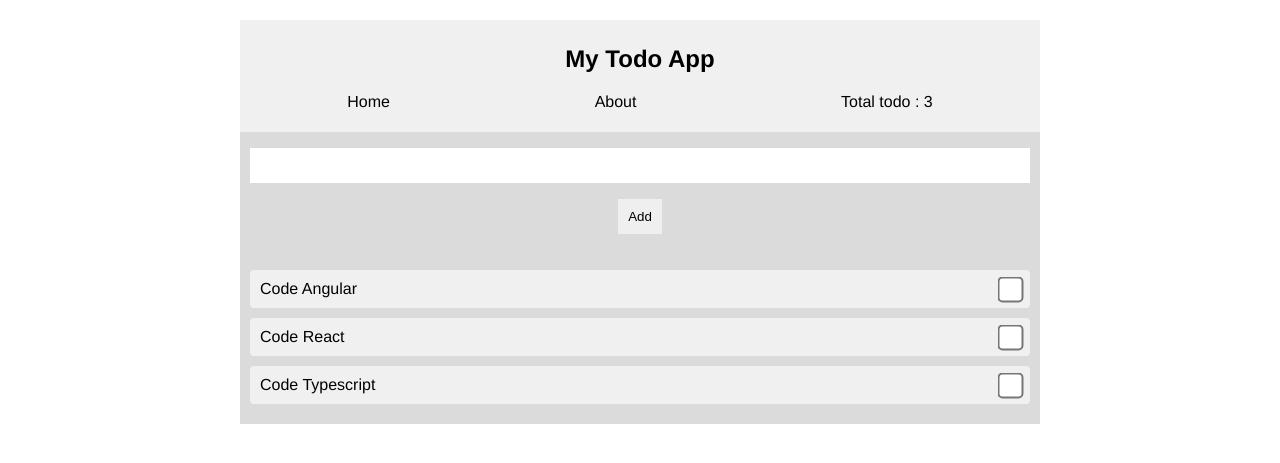
Repository: DTien93/Todo-Typescript
Page: / (app in my-app/)
An editor plug-in stored every save of this project. The page is shown before and after the next save, followed by the edit.
The browser window is 1280 px wide. The pictures show the whole page.
The project was rebuilt for these pictures with package versions that can differ from the ones it lists, and the page was loaded fresh each time. Imported but missing from the stored project, and not drawn on this page: my-app/src/serviceWorker.

Above is the page before, as saved 2021-10-16 22:16:10.

### my-app/src/index.tsx
import React from 'react';
import ReactDOM from 'react-dom';
import './index.css';
import App from './App';
import store from './store'
import { Provider } from 'react-redux';
import * as serviceWorker from './serviceWorker';

ReactDOM.render(
  <React.StrictMode>
    <Provider store={store}>
      <App />
      </Provider>
  </React.StrictMode>,
  document.getElementById('root')
);

// If you want your app to work offline and load faster, you can change
// unregister() to register() below. Note this comes with some pitfalls.
// Learn more about service workers: https://bit.ly/CRA-PWA
serviceWorker.unregister();

### my-app/src/index.css
.App {
  font-family: Avenir, Helvetica, Arial, sans-serif;
  -webkit-font-smoothing: antialiased;
  -moz-osx-font-smoothing: grayscale;
  background: rgb(219, 219, 219);
  margin: 20px auto;
  width: 90%;
  max-width: 800px;
 }

### my-app/src/App.tsx
import React from 'react'
import './App.css'
import './index.css'
import Navbar from './components/Navbar'
import Todos from './components/Todos'
const App = () => {
  return (
    <div className='App'>
      <Navbar />
      <Todos/>
    </div>
  )
}

export default App

### my-app/src/store/index.ts
import { configureStore } from '@reduxjs/toolkit'
import todosReducer  from './reducers/TodoSlice'

// Create store save data
const store = configureStore({
    reducer: {
        todosReducer
    }
})

// Export store
export default  store

### my-app/src/App.css
.todo-list ul {
  padding: 0 10px 10px 10px;
  list-style-type: none;
 }

 .todo-list li {
  padding: 10px;
  cursor: pointer;
  margin: 10px 0;
  border-radius: 4px;
  background: rgb(240, 240, 240);
  color: black;
 }

 .todo-list li input[type='checkbox'] {
  -ms-transform: scale(2); /* IE */
  -moz-transform: scale(2); /* FF */
  -webkit-transform: scale(2); /* Safari and Chrome */
  -o-transform: scale(2); /* Opera */
  transform: scale(2);
  padding: 10px;
  float: right;
 }

 .todo-list li.completed {
  background: rgb(119, 218, 243);
 }

 .todo-list li button {
  float: right;
  margin-right: 20px;
 }

 .todo-list li button:hover {
  cursor: pointer;
  background: red;
  color: white;
 }

 /* Navbar */
 .navbar {
  padding: 5px;
  text-align: center;
  background: rgb(240, 240, 240);
  color: black;
 }

 .navbar ul {
  display: flex;
  justify-content: space-around;
  align-items: center;
  list-style: none;
  padding: 0;
 }

 /* TodoForm */
 form {
  padding: 10px;
 }

 input[type='text'] {
  width: 100%;
  box-sizing: border-box;
  padding: 10px;
  margin: 6px 0;
  border: 0;
 }

 input[type='submit'] {
  margin: 10px auto;
  padding: 10px;
  border: 0;
  display: block;
 }

### my-app/src/components/Navbar.tsx
import React from 'react'
import { todosSelector } from '../store/reducers/TodoSlice'
import { useSelector } from 'react-redux'

const Navbar = () => {
    const todos = useSelector(todosSelector)
    return (
        <div className='navbar'>
            <h2>My Todo App</h2>
            <ul>
                <li>Home</li>
                <li>About</li>
                <li>Total todo : {todos.length}</li>
            </ul>
        </div>
    )
}

export default Navbar

### my-app/src/components/Todos.tsx
import React  from 'react'
import { useSelector } from 'react-redux'
import { todosSelector } from '../store/reducers/TodoSlice'
import TodoForm from './TodoForm'

const Todos = () => {
    const todos = useSelector(todosSelector)
    return (
        <div className='todo-list'>
            <TodoForm/>
            <ul>
            {
                todos.map((todo: { title: string, id: number }) => (
                    <li key={todo.id}>
                        {todo.title}
                        <input type="checkbox" />
                    </li>
                ))
            }
          </ul>
        </div>
    )
}

export default Todos

### my-app/src/store/reducers/TodoSlice.tsx
import { createSlice, nanoid } from '@reduxjs/toolkit'

interface TodoState {
    allTodos: {} | any,
}

const initialState: TodoState = {
    allTodos: [
        {
            id: 1,
            title: 'Code Angular',
            completed: false
        },
        {
            id: 2,
            title: 'Code React',
            completed: false
        },
        {
            id: 3,
            title: 'Code Typescript',
            completed: false
        }
    ]
}

export const todoSlice = createSlice({
    name: 'todos',
    initialState,
    reducers: {
        addTodo: {
            reducer(state, action) {
                state.allTodos.unshift( action.payload)
            },
            prepare(title: any): any {
                return  {
                    payload: {
                        id: nanoid(),
                        title,
                        completed: false
                    }
                }
              }
        }
    }
})

// Create Reducer
const todosReducer = todoSlice.reducer

// Selector get data
export const todosSelector = (state: { todosReducer: { allTodos: any } }) => state.todosReducer.allTodos

// Export action
export const { addTodo } = todoSlice.actions

// Export reducers
export default todosReducer

### my-app/src/components/TodoForm.tsx
import React, {useState} from 'react'
import { addTodo } from '../store/reducers/TodoSlice'
// Dispatch action
import { useDispatch } from 'react-redux'


const TodoForm = () => {
    const dispatch = useDispatch()
    const [title, setTitle] = useState('')

    const onChangeTitle = (e: any) => {
        setTitle(e.target.value)
    }

    const onHandleSubmit= (e:any) => {
        e.preventDefault()
        dispatch(addTodo(title))
        setTitle('')
    }

    return (
        <div>
            <form onSubmit={onHandleSubmit}>
                <input type="text" value={title} onChange = {onChangeTitle} />
                <input type="submit" value="Add" />
            </form>
        </div>
    )
}

export default TodoForm

After the next save:
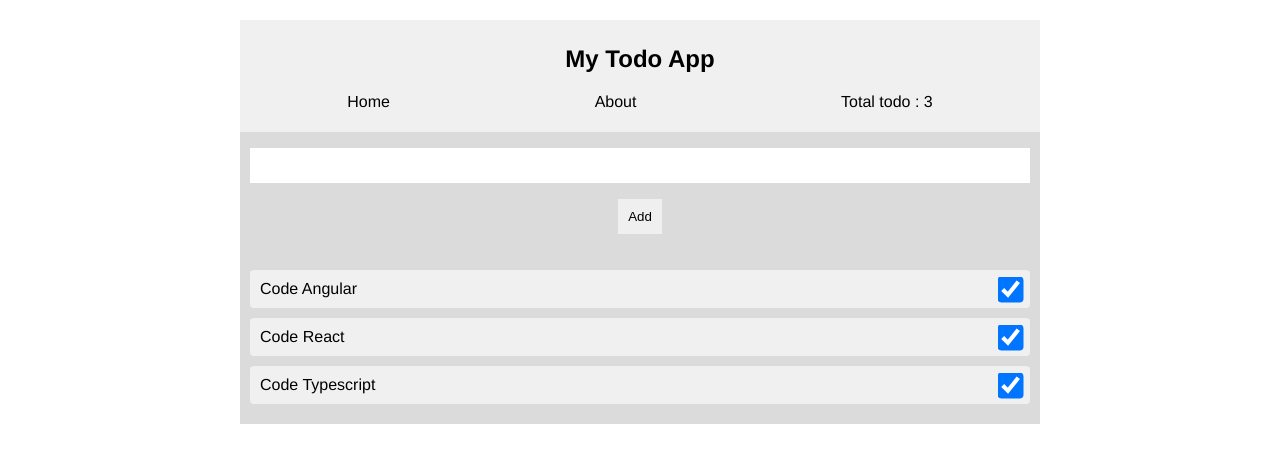
Saved 5 s later.
--- a/my-app/src/components/Todos.tsx
+++ b/my-app/src/components/Todos.tsx
@@ -13,7 +13,7 @@
                 todos.map((todo: { title: string, id: number }) => (
                     <li key={todo.id}>
                         {todo.title}
-                        <input type="checkbox" />
+                        <input type="checkbox" checked />
                     </li>
                 ))
             }

After the save that followed:
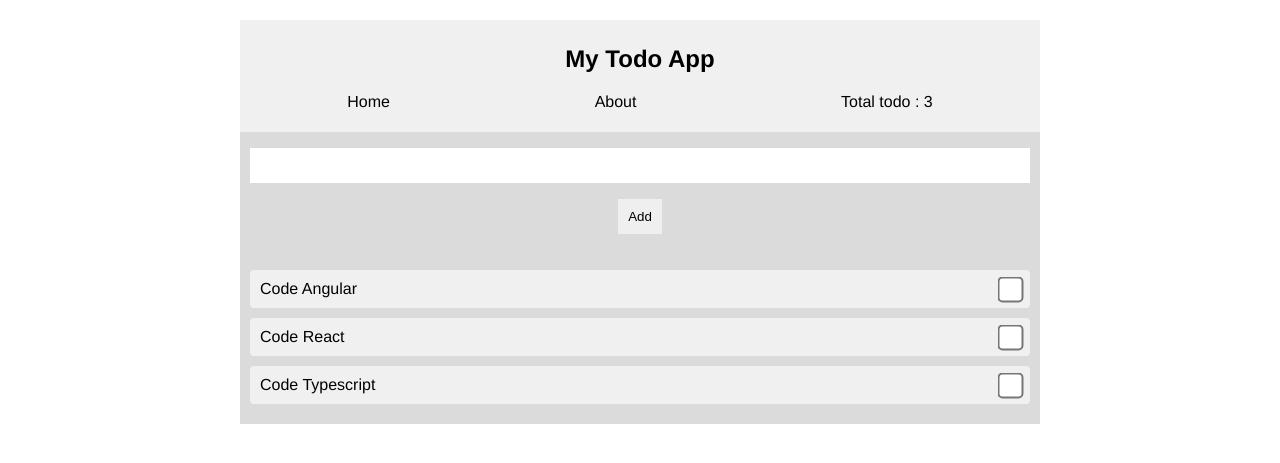
Saved 10 s later.
--- a/my-app/src/components/Todos.tsx
+++ b/my-app/src/components/Todos.tsx
@@ -13,7 +13,7 @@
                 todos.map((todo: { title: string, id: number }) => (
                     <li key={todo.id}>
                         {todo.title}
-                        <input type="checkbox" checked />
+                        <input type="checkbox" checked={todo.completed } />
                     </li>
                 ))
             }
